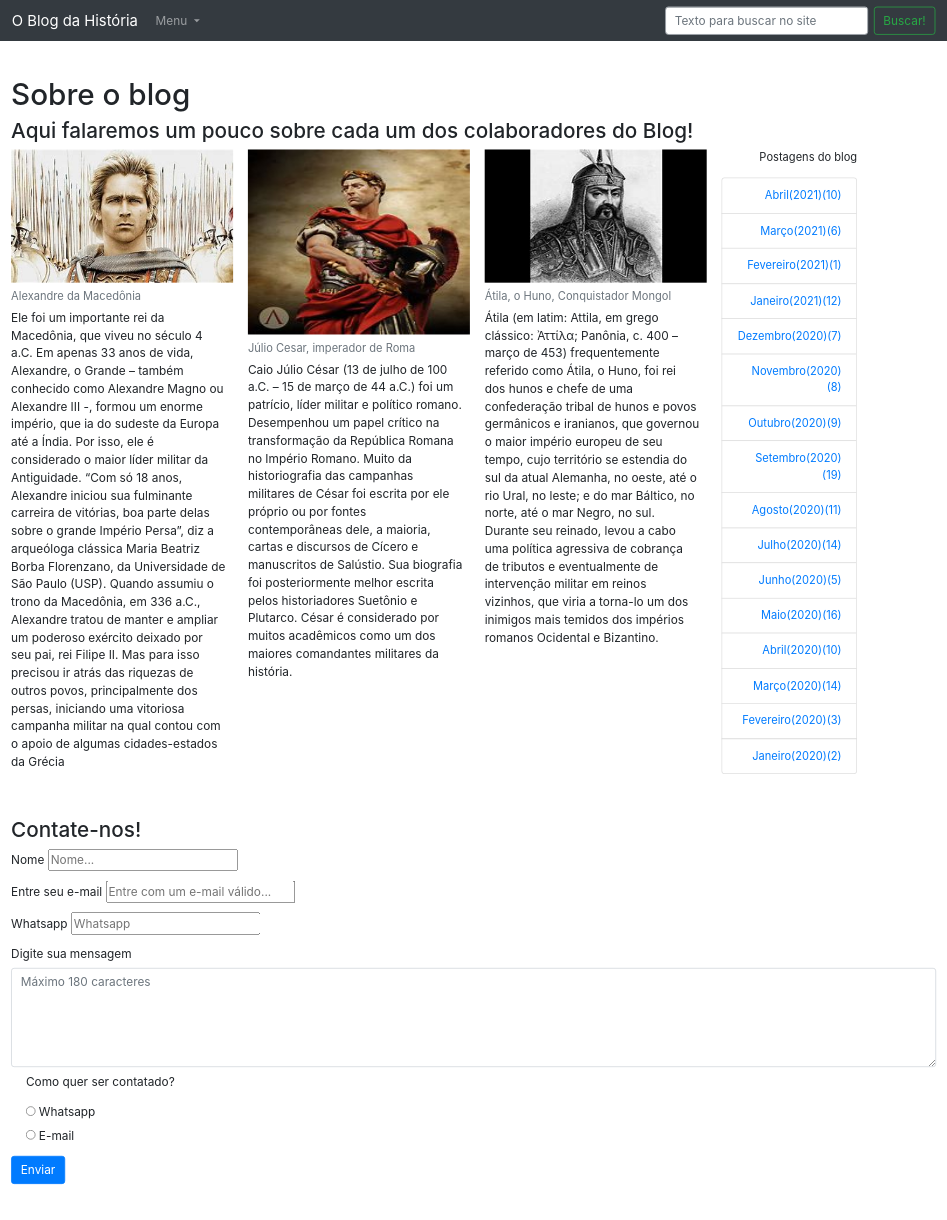
Repository: xhenrique/blog_layout_bootstrap
Page: source/sobre.html
An editor plug-in stored every save of this project. The page is shown before and after the next save, followed by the edit.
The browser window is 1280 px wide. The pictures show the whole page, at 74% of full size.

Above is the page before, as saved 2021-04-25 17:01:57.

### source/sobre.html
<!DOCTYPE html>
<html lang="pt-br">
  <head>
    <meta charset="utf-8">
    <!-- Meta tags Obrigatórias , initial-scale=1, shrink-to-fit=no -->

    <meta name="viewport" content="width=device-width">

    <!-- Bootstrap CSS -->
    <link rel="stylesheet" href="https://stackpath.bootstrapcdn.com/bootstrap/4.1.3/css/bootstrap.min.css" integrity="sha384-MCw98/SFnGE8fJT3GXwEOngsV7Zt27NXFoaoApmYm81iuXoPkFOJwJ8ERdknLPMO" crossorigin="anonymous">
    <title>O Blog da História</title>
  </head>
  <body>
    <nav class="navbar navbar-expand-md navbar-dark bg-dark sticky-top">
        <a class = "navbar-brand" href="index.html">O Blog da História</a>

        <!--Especificações do que é cada um dos atributos!!!!!
            "aria-controls": define a relação entre os elementos, um elemento é pai e o outro filho, deve ser definido no pai, relacionando o filho;
            "data-target" : Define o que será exibido quando clicar na opção do menu;
            "data-toggle" : o que vai acontecer quando eu clicar em cima do botão, collapse, por exemplo, faz o botão expandir e retrair as opções;
            "aria-expanded" : Flag para o navegador informando que o elemento não está expandido;
            "aria-label" : é usado para definir uma string na tag do elemento atual.
        -->
        <button title="Menu" class="navbar-toggler" type="button" data-toggle="collapse" data-target="#navbarCfg" aria-controls="navbarCfg">
            <span class="navbar-toggler-icon"></span>
        </button>
        <div class="collapse navbar-collapse" id="navbarCfg">
            <ul class="navbar-nav mr-auto">
                <a class="nav-link dropdown-toggle" href="#" id="navbarDropdown" role="button" data-toggle="dropdown" aria-haspopup="true" aria-expanded="false">
                Menu
                </a>
                <div class="dropdown-menu" aria-labelledby="navbarDropdown">
                <a class="dropdown-item" href="index.html">Início</a>
                <a class="dropdown-item" href="sobre.html">Sobre</a>
                <div class="dropdown-divider"></div>
                <p style="text-align: left; padding-left: 10px;"> Criado por: José Xavier<br/>UFPA - 2021</p>
                </div>
            </ul>
            <form class="form-inline my-2 my-lg-0">
            <input class="form-control mr-sm-2" type="search" placeholder="Texto para buscar no site" aria-label="Search">
            <button class="btn btn-outline-success my-2 my-sm-0" type="submit">Buscar!</button>
            </form>
        </div>
    </nav>

    <div class="container-fluid" id="sobreContainer">
        <div id="sobre_o_blog" class="text-left">
            <br/>
            <br/>
            <h1>Sobre o blog</h1>
            <h3>Aqui falaremos um pouco sobre cada um dos colaboradores do Blog!</h3>
        </div>
        <div class="row d-flex">
            <div class="col-md-3">
                <img class="figure-img" src="../img/alexandre.jpg" alt="Xandão"  style="height: 180px; width: 300px">
                <figcaption class="figure-caption" style="font-size: 15px; margin-bottom: 5px;">
                    Alexandre da Macedônia
                </figcaption>
                <p>Ele foi um importante rei da Macedônia, que viveu no século 4 a.C. Em apenas 33 anos de vida, Alexandre, o Grande – também conhecido como Alexandre Magno ou Alexandre III -, formou um enorme império, que ia do sudeste da Europa até a Índia. Por isso, ele é considerado o maior líder militar da Antiguidade. “Com só 18 anos, Alexandre iniciou sua fulminante carreira de vitórias, boa parte delas sobre o grande Império Persa”, diz a arqueóloga clássica Maria Beatriz Borba Florenzano, da Universidade de São Paulo (USP). Quando assumiu o trono da Macedônia, em 336 a.C., Alexandre tratou de manter e ampliar um poderoso exército deixado por seu pai, rei Filipe II. Mas para isso precisou ir atrás das riquezas de outros povos, principalmente dos persas, iniciando uma vitoriosa campanha militar na qual contou com o apoio de algumas cidades-estados da Grécia</p>
            </div>
            <div class="col-md-3">
                <img class="figure-img" src="../img/th.jfif" alt="imperador" style="height: 250px; width: 300px">
                <figcaption class="figure-caption" style="font-size: 15px; margin-bottom: 5px;">
                    Júlio Cesar, imperador de Roma
                </figcaption>
                <p>Caio Júlio César (13 de julho de 100 a.C. – 15 de março de 44 a.C.) foi um patrício, líder militar e político romano. Desempenhou um papel crítico na transformação da República Romana no Império Romano. Muito da historiografia das campanhas militares de César foi escrita por ele próprio ou por fontes contemporâneas dele, a maioria, cartas e discursos de Cícero e manuscritos de Salústio. Sua biografia foi posteriormente melhor escrita pelos historiadores Suetônio e Plutarco. César é considerado por muitos acadêmicos como um dos maiores comandantes militares da história.</p>
            </div>
            <div class="col-md-3">
                <img class="figure-img" src="../img/atila.jpg" alt="o_huno" style="height: 180px; width: 300px">
                <figcaption class="figure-caption" style="font-size: 15px; margin-bottom: 5px;">
                        Átila, o Huno, Conquistador Mongol
                </figcaption>
                <p>Átila (em latim: Attila, em grego clássico: Ἀττίλα; Panônia, c. 400 – março de 453) frequentemente referido como Átila, o Huno, foi rei dos hunos e chefe de uma confederação tribal de hunos e povos germânicos e iranianos, que governou o maior império europeu de seu tempo, cujo território se estendia do sul da atual Alemanha, no oeste, até o rio Ural, no leste; e do mar Báltico, no norte, até o mar Negro, no sul. Durante seu reinado, levou a cabo uma política agressiva de cobrança de tributos e eventualmente de intervenção militar em reinos vizinhos, que viria a torna-lo um dos inimigos mais temidos dos impérios romanos Ocidental e Bizantino.</p>
            </div>
                <div class="col-md-2">
                    <div class="text-right" style="font-size: 15px;">
                        <p>Postagens do blog</p>
                        <ul class="list-group">
                            <!--Javascript provavelmente entraria aqui, iterando sobre uma lista/matriz e exibindo a quantida de postagens por mês/ano-->
                            <li class="list-group-item"><a href="">Abril(2021)(10)</a></li>
                            <li class="list-group-item"><a href="">Março(2021)(6)</a></li>
                            <li class="list-group-item"><a href="">Fevereiro(2021)(1)</a></li>
                            <li class="list-group-item"><a href="">Janeiro(2021)(12)</a></li>
                            <li class="list-group-item"><a href="">Dezembro(2020)(7)</a></li>
                            <li class="list-group-item"><a href="">Novembro(2020)(8)</a></li>
                            <li class="list-group-item"><a href="">Outubro(2020)(9)</a></li>
                            <li class="list-group-item"><a href="">Setembro(2020)(19)</a></li>
                            <li class="list-group-item"><a href="">Agosto(2020)(11)</a></li>
                            <li class="list-group-item"><a href="">Julho(2020)(14)</a></li>
                            <li class="list-group-item"><a href="">Junho(2020)(5)</a></li>
                            <li class="list-group-item"><a href="">Maio(2020)(16)</a></li>
                            <li class="list-group-item"><a href="">Abril(2020)(10)</a></li>
                            <li class="list-group-item"><a href="">Março(2020)(14)</a></li>
                            <li class="list-group-item"><a href="">Fevereiro(2020)(3)</a></li>
                            <li class="list-group-item"><a href="">Janeiro(2020)(2)</a></li>
                        </ul>
                    </div>
                </div>
        </div>
            <form>
                <br/>
                <br/>

                <h3>
                    Contate-nos!
                </h3>
                <div class="mb-2">
                    <label for="nameInput" class="form-label">Nome</label>
                    <input type="text" placeholder="Nome..." class="form-control-md" id="nameInput"  required>
                </div>
                <div class="mb-2">
                    <label for="inputEmail" class="form-label">Entre seu e-mail</label>
                    <input type="email" placeholder="Entre com um e-mail válido..." class="form-control-md-sm-2" id="inputEmail"  required>
                </div>
                <div class="mb-2">
                    <label for="wppInput" class="form-label">Whatsapp</label>
                    <input type="tel" placeholder="Whatsapp" class="form-inline-md-sm-2 round 0" id="wppInput">
                </div>
                <div class="mb-2">
                    <label for="msgInput" class="form-label">Digite sua mensagem</label>
                    <textarea type="text" placeholder="Máximo 180 caracteres" maxlength="180" class="form-control" id="msgInput" rows="5"></textarea>
                </div>
                <div class="mb-2 form-check">
                    <p>Como quer ser contatado?</p>
                    <input type="radio" id="wpp" name="whatsapp" value="Whatsapp">
                    <label for="wpp">Whatsapp</label><br>
                    <input type="radio" id="e-mail" name="email" value="E-mail">
                    <label for="e-mail">E-mail</label><br>
                </div>
                <button class="btn btn-primary" type="submit" aria-label="btnSubmmit">Enviar</button>
                <br>
                <br>
                <br>
            </form>
    </div>


    <!-- JavaScript (Opcional) -->
    <!-- jQuery primeiro, depois Popper.js, depois Bootstrap JS -->
    <script src="https://code.jquery.com/jquery-3.3.1.slim.min.js" integrity="sha384-q8i/X+965DzO0rT7abK41JStQIAqVgRVzpbzo5smXKp4YfRvH+8abtTE1Pi6jizo" crossorigin="anonymous"></script>
    <script src="https://cdnjs.cloudflare.com/ajax/libs/popper.js/1.14.3/umd/popper.min.js" integrity="sha384-ZMP7rVo3mIykV+2+9J3UJ46jBk0WLaUAdn689aCwoqbBJiSnjAK/l8WvCWPIPm49" crossorigin="anonymous"></script>
    <script src="https://stackpath.bootstrapcdn.com/bootstrap/4.1.3/js/bootstrap.min.js" integrity="sha384-ChfqqxuZUCnJSK3+MXmPNIyE6ZbWh2IMqE241rYiqJxyMiZ6OW/JmZQ5stwEULTy" crossorigin="anonymous"></script>
  </body>
</html>

After the next save:
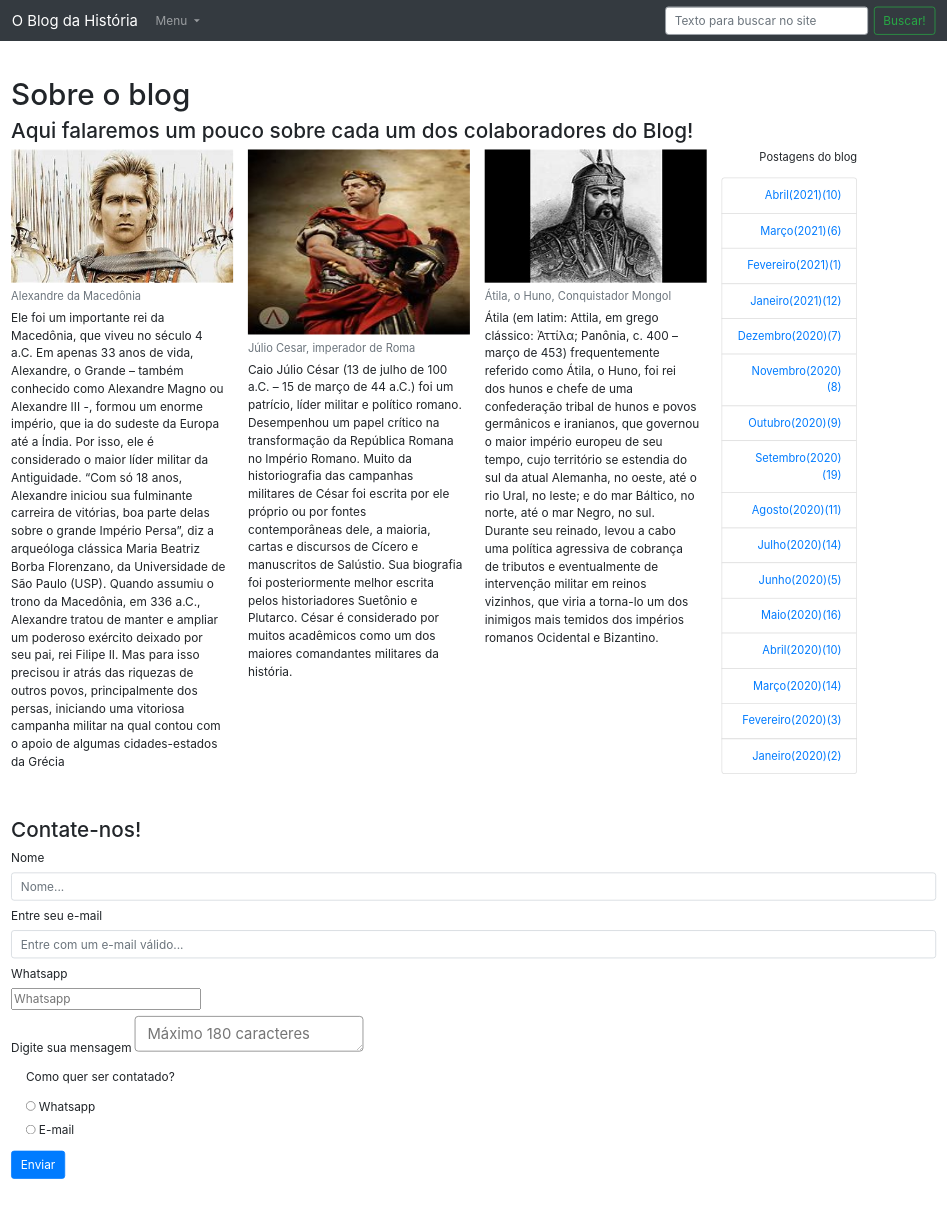
Saved 29 s later.
--- a/source/sobre.html
+++ b/source/sobre.html
@@ -106,19 +106,19 @@
                 </h3>
                 <div class="mb-2">
                     <label for="nameInput" class="form-label">Nome</label>
-                    <input type="text" placeholder="Nome..." class="form-control-md" id="nameInput"  required>
+                    <input type="text" placeholder="Nome..." class="form-control" id="nameInput"  required>
                 </div>
                 <div class="mb-2">
                     <label for="inputEmail" class="form-label">Entre seu e-mail</label>
-                    <input type="email" placeholder="Entre com um e-mail válido..." class="form-control-md-sm-2" id="inputEmail"  required>
+                    <input type="email" placeholder="Entre com um e-mail válido..." class="form-control" id="inputEmail"  required>
                 </div>
                 <div class="mb-2">
                     <label for="wppInput" class="form-label">Whatsapp</label>
-                    <input type="tel" placeholder="Whatsapp" class="form-inline-md-sm-2 round 0" id="wppInput">
+                    <input type="tel" placeholder="Whatsapp" class="form-inline round 0" id="wppInput">
                 </div>
                 <div class="mb-2">
                     <label for="msgInput" class="form-label">Digite sua mensagem</label>
-                    <textarea type="text" placeholder="Máximo 180 caracteres" maxlength="180" class="form-control" id="msgInput" rows="5"></textarea>
+                    <textarea type="text" placeholder="Máximo 180 caracteres" maxlength="180" class="form-control-lg" id="msgInput" rows="5"></textarea>
                 </div>
                 <div class="mb-2 form-check">
                     <p>Como quer ser contatado?</p>
